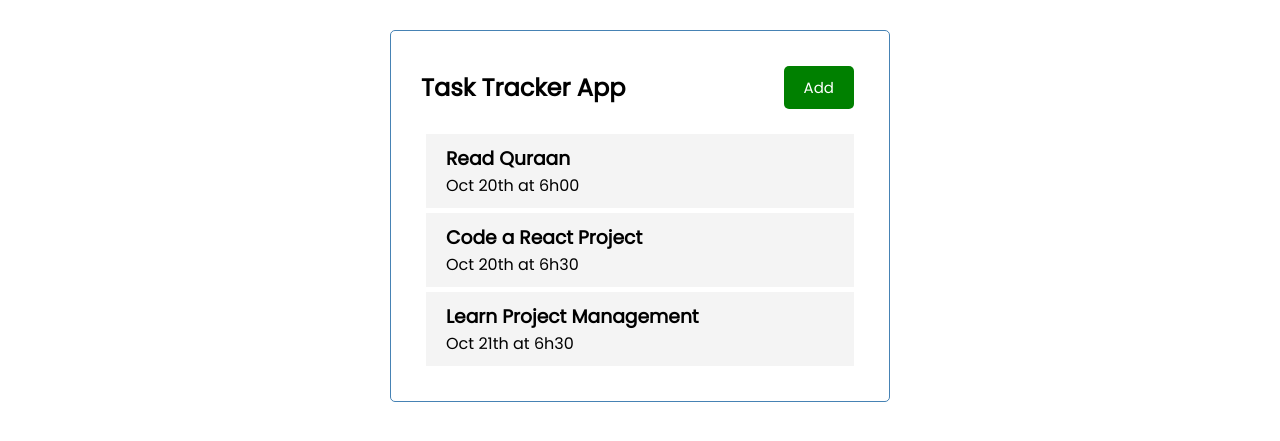
Repository: feyroozecode/task_tracker
Page: /
An editor plug-in stored every save of this project. The page is shown before and after a run of saves, followed by the edit.
The browser window is 1280 px wide. The pictures show the whole page.
The project was rebuilt for these pictures with package versions that can differ from the ones it lists, and the page was loaded fresh each time.

Above is the page before, as saved 2023-10-20 08:48:25.

After the next 3 saves:
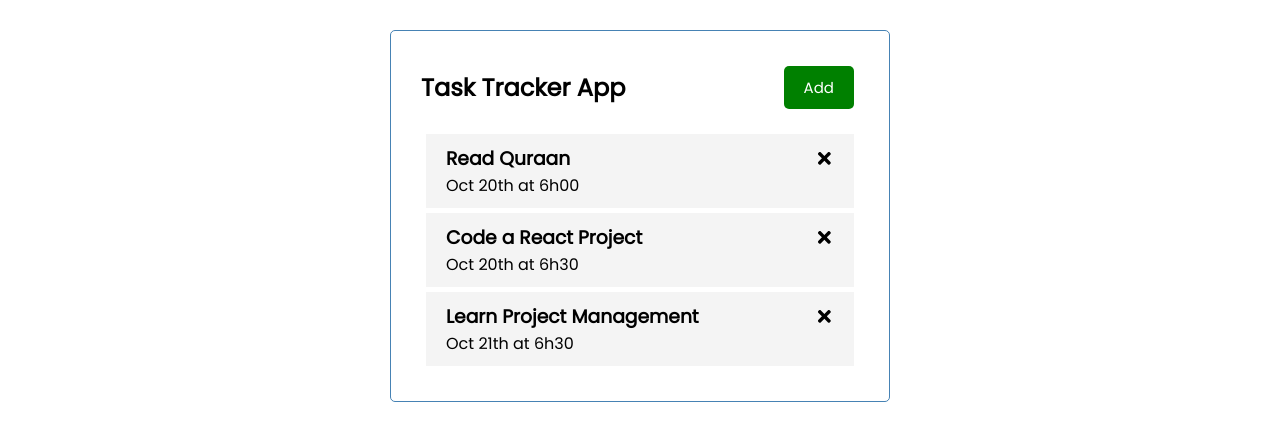
The 3 saves are shown as one change because they came seconds apart.
The last was saved 10 s later.
--- a/src/components/Task.js
+++ b/src/components/Task.js
@@ -5,7 +5,7 @@ import { FaTimes }  from 'react-icons/fa'
 const TaskItem = ({ task }) => {
     return (
         <div className="task" key={task.id}>
-            <h3> { task.text }   </h3>
+            <h3> { task.text }  <FaTimes sty /> </h3>
             <p> { task.day } </p>
 
         </div>
